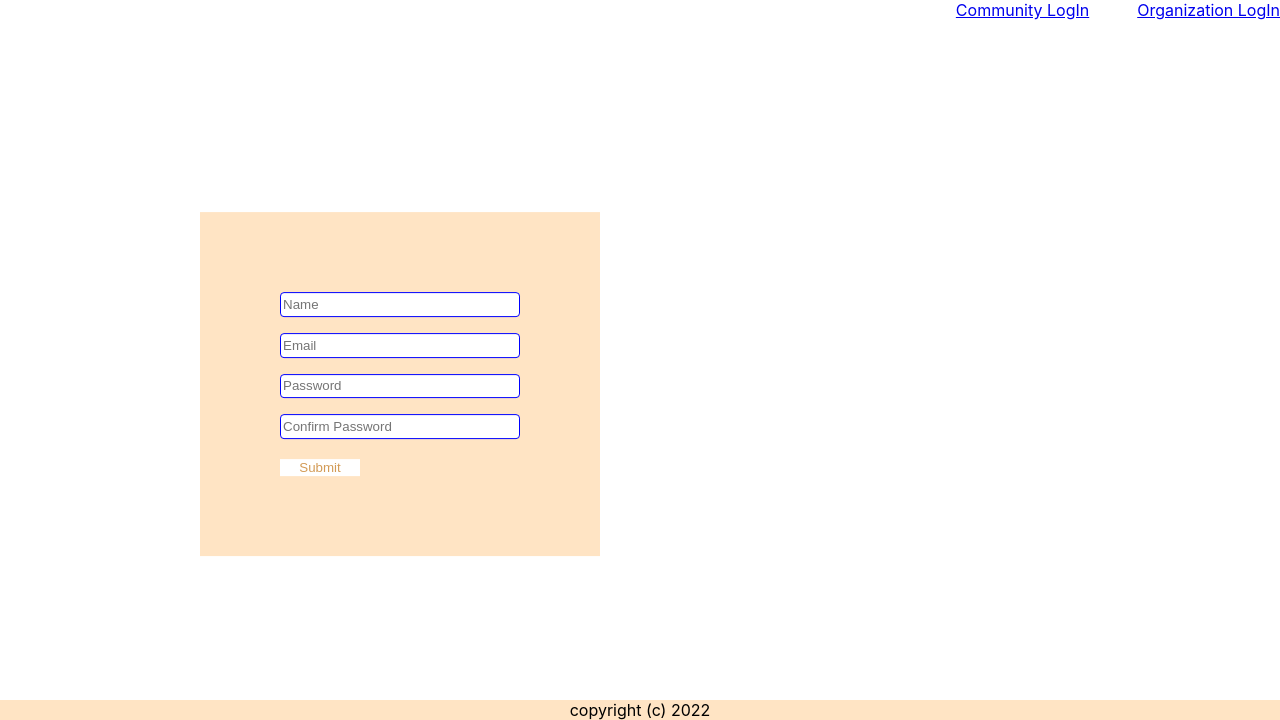
Repository: samuelp244/Ticket-Managment-System
Page: /signup (app in app/)
An editor plug-in stored every save of this project. The page is shown before and after the next save, followed by the edit.
The browser window is 1280 px wide. The pictures show the whole page.
The project was rebuilt for these pictures with package versions that can differ from the ones it lists, and the page was loaded fresh each time.

Above is the page before, as saved 2022-08-17 18:28:33.

After the next save:
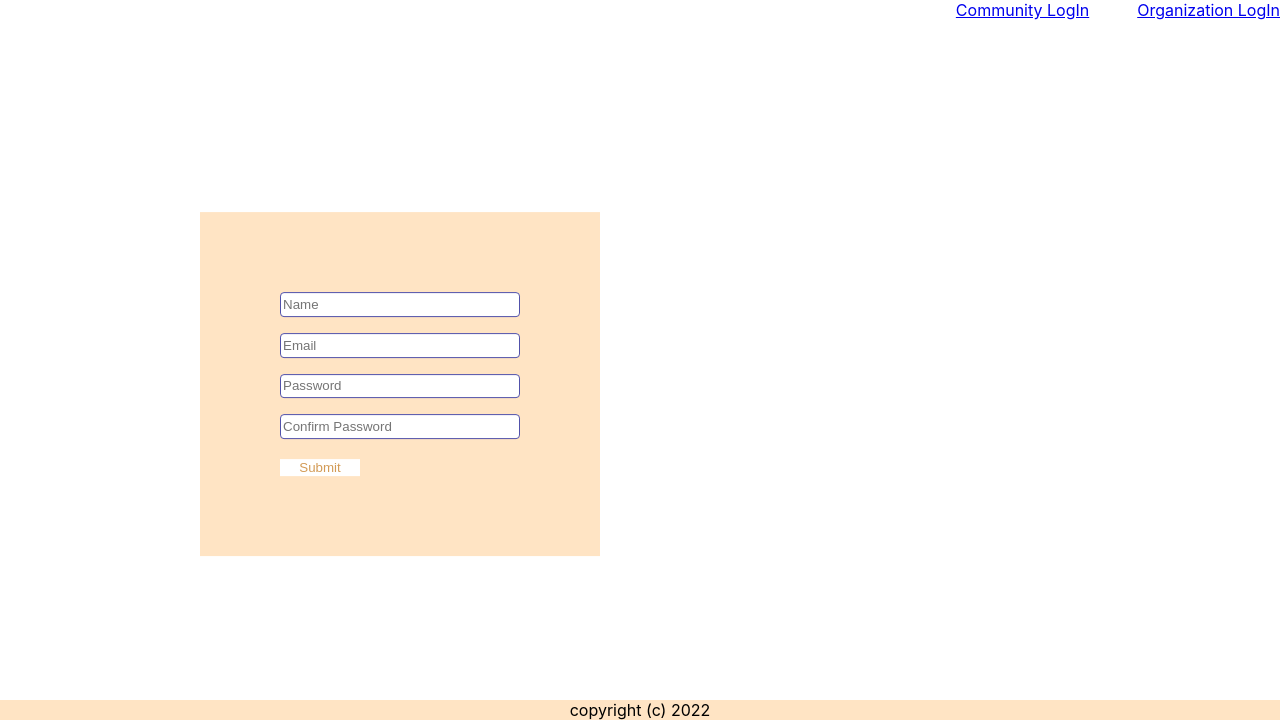
Saved 7 s later.
--- a/app/src/components/forms/SignUpComm.css
+++ b/app/src/components/forms/SignUpComm.css
@@ -27,7 +27,7 @@ button{
 }
 
 input{
-    border: 1px solid blue;
+    border: 1px solid rgb(81, 81, 170);
     height: 1.3rem;
     border-radius: 4px;
 }
